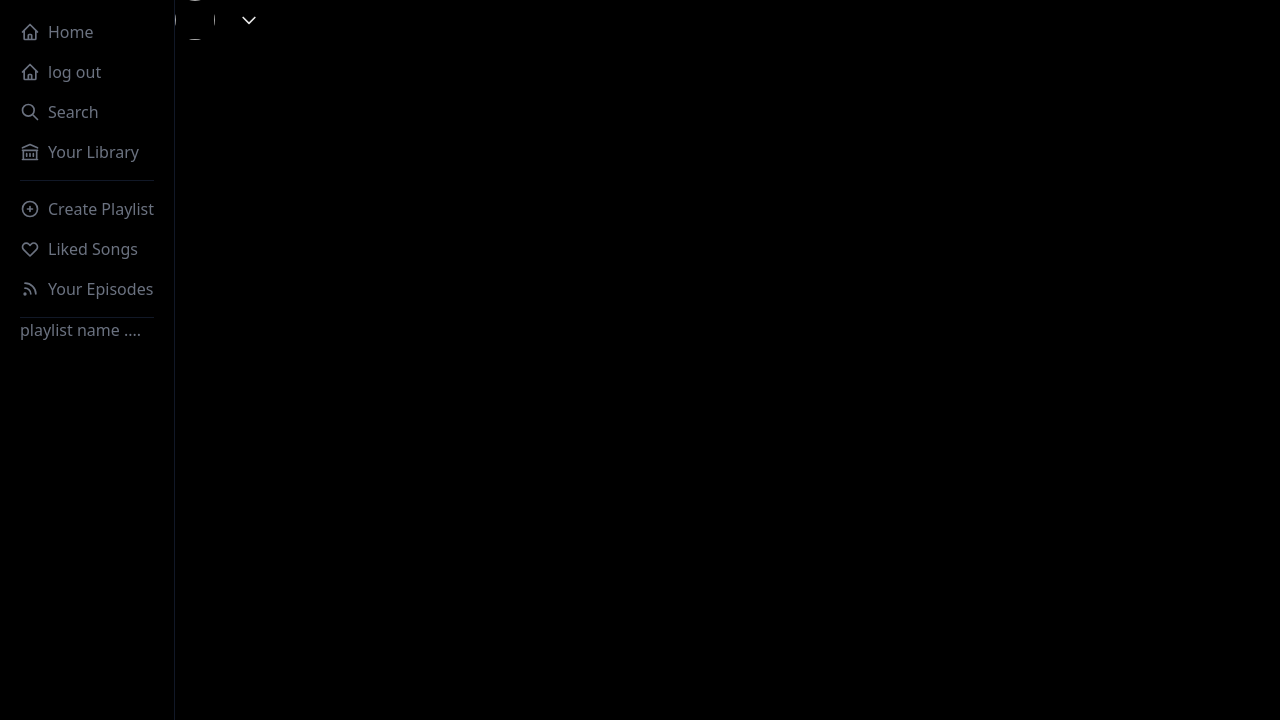
Repository: SehajBindra/Spotify-clone
Page: /
These files come from the project's save history. The page is drawn as it stood at one moment and after the next save; the edit follows.
The browser window is 1280 px wide. The pictures show the whole page.
The page's requests for data from a server got no answer. The project was rebuilt for these pictures with package versions that can differ from the ones it lists, and the page was loaded fresh each time. The framework's server and built-in components were replaced by stand-ins that run in the browser. No one was signed in, and anything a server would have sent is missing. Also part of the build but not shown: next.config.js, styles/Home.module.css.

Above is the page before, as saved 2022-07-09 18:51:22.

### pages/index.js
import styles from "../styles/Home.module.css";
import Head from "next/head";
import Sidebar from "../components/Sidebar";
import Center from "../components/Center";

export default function Home() {
  return (
    <div>
      <Head>
        <title>Spotify</title>
        <meta name="description" content="Generated by create next app" />
        <link rel="icon" href="/favicon.ico" />
      </Head>
      <div className="bg-black h-screen overflow-hidden">
        <main className=" flex ">
          <Sidebar />
          <Center />
        </main>

        <div>{/* footer */}</div>
      </div>
    </div>
  );
}

### components/Sidebar.js
import React from "react";
import {
  HeartIcon,
  HomeIcon,
  LibraryIcon,
  PlusCircleIcon,
  RssIcon,
  SearchIcon,
} from "@heroicons/react/outline";

import { signOut, useSession } from "next-auth/react";

function Sidebar() {
  const { data: session, status } = useSession();
  console.log(session);
  return (
    <div className=" text-gray-500 p-5  border-r  border-gray-900 overflow-y-scroll scrollbar-hide h-screen ">
      <div className=" space-y-4">
        {" "}
        <button className="flex items-center space-x-2 hover:text-white">
          <HomeIcon className="h-5 w-5" />
          <p>Home</p>
        </button>
        <button
          onClick={() => signOut()}
          className="flex items-center space-x-2 hover:text-white"
        >
          <HomeIcon className="h-5 w-5" />
          <p>log out</p>
        </button>
        <button className="flex items-center space-x-2 hover:text-white">
          <SearchIcon className="h-5 w-5" />
          <p>Search</p>
        </button>
        <button className="flex items-center space-x-2 hover:text-white">
          <LibraryIcon className="h-5 w-5" />
          <p>Your Library</p>
        </button>
        <hr className=" border-t [0.1px] border-gray-900" />
        <button className="flex items-center space-x-2 hover:text-white">
          <PlusCircleIcon className="h-5 w-5" />
          <p>Create Playlist</p>
        </button>
        <button className="flex items-center space-x-2 hover:text-white">
          <HeartIcon className="h-5 w-5" />
          <p>Liked Songs</p>
        </button>
        <button className="flex items-center space-x-2 hover:text-white">
          <RssIcon className="h-5 w-5" />
          <p>Your Episodes</p>
        </button>
        <hr className=" border-t [0.1px] border-gray-900" />
      </div>

      {/* playlists */}

      <p className=" cursor-pointer hover:text-white"> playlist name ....</p>
    </div>
  );
}

export default Sidebar;

### components/Center.js
import { ChevronDownIcon } from "@heroicons/react/outline";
import { useSession } from "next-auth/react";
import React from "react";

function Center() {
  const { data: session } = useSession();
  return (
    <div className=" flex flex-grow text-white">
      <header>
        <div className="flex items-center bg-black space-x-3 opacity-90 hover:opacity-80">
          <img
            className=" rounded-full w-10 h-10"
            src={session?.user.image}
            alt=""
          />
          <h2> {session?.user.name}</h2>
          <ChevronDownIcon className="h-5 w-5" />
        </div>
      </header>

      <section className="{`flex items-end space-x-7 bg-gradient-to-b to-black from-red-500 h-80 text-white p-8}"></section>
    </div>
  );
}

export default Center;

Loaded but not shown: pages/_app.js (common file); styles/globals.css (common file); tailwind.config.js (common file)

After the next save:
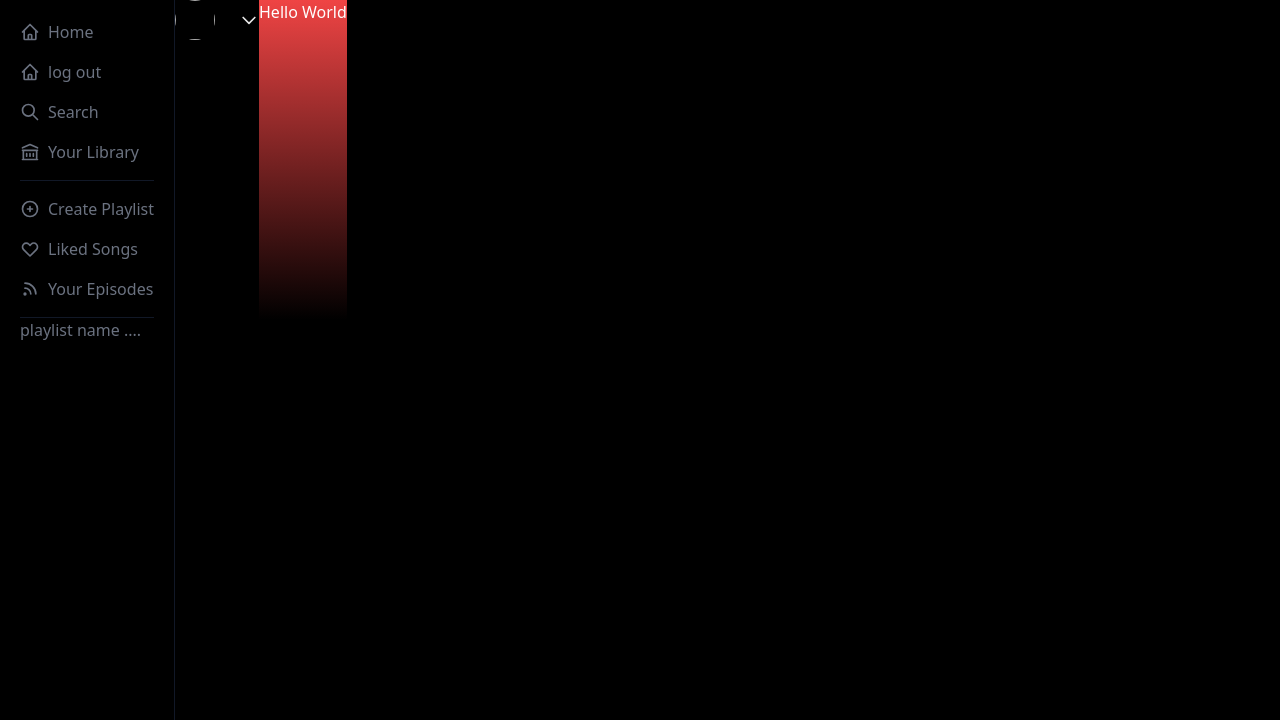
Saved 84 s later.
--- a/components/Center.js
+++ b/components/Center.js
@@ -18,7 +18,10 @@ function Center() {
         </div>
       </header>
 
-      <section className="{`flex items-end space-x-7 bg-gradient-to-b to-black from-red-500 h-80 text-white p-8}"></section>
+      <section className="{`flex items-end space-x-7 bg-gradient-to-b to-black from-red-500 h-80 text-white p-8}">
+        {" "}
+        <h1> Hello World</h1>{" "}
+      </section>
     </div>
   );
 }
